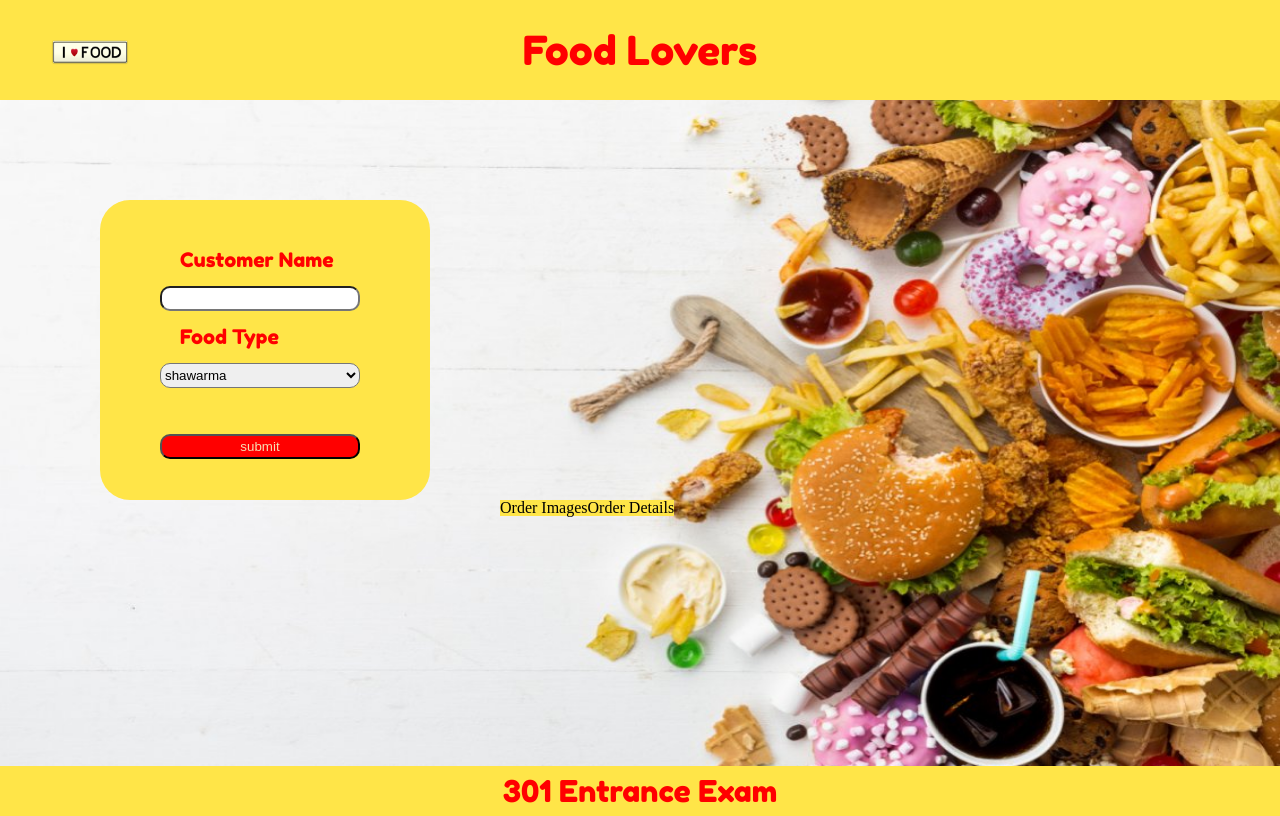
Repository: Razan-am/foodLovers
Page: index.html
The author's editor kept a copy of each file at every save. The page is drawn from the files as they stood at one save, then again after a run of saves.
The browser window is 1280 px wide. The pictures show the whole page.

Above is the page before, as saved 2021-06-01 11:21:16.

### index.html
<!DOCTYPE html>
<html lang="en">

<head>
    <meta charset="UTF-8">
    <meta http-equiv="X-UA-Compatible" content="IE=edge">
    <meta name="viewport" content="width=device-width, initial-scale=1.0">
    <title>Food Lovers</title>
    <link rel="preconnect" href="https://fonts.gstatic.com">
    <link href="https://fonts.googleapis.com/css2?family=Fredoka+One&display=swap" rel="stylesheet">
    <link rel="stylesheet" href="css/reset.css">
    <link rel="stylesheet" href="css/style.css">
</head>

<body>
    <header>
        <h1>Food Lovers</h1>
        <img src="images/css images/logo.png" alt="logo">
    </header>
    <main>
        <form action="" id="myForm">
            <fieldset>
                <label for="name">Customer Name</label>
                <br/><br/>
                <input type="text" id="name" name="name">
                <br/><br/>
                <label for="food">Food Type</label>
                <br/><br/>
                <select name="food" id="food">
                    <option value="shawarma">shawarma</option>
                    <option value="pizza">pizza</option>
                    <option value="burger">burger</option>
                </select>
                <br/><br/>
                <input type="submit" value="submit">
            </fieldset>
        </form>
        <table id="myTable">
            <tr>
                <th>Order Images</th>
                <th>Order Details</th>
            </tr>
        </table>
        <img src="images/css images/background.jpg" alt="backGround">
    </main>
    <footer>
        <p>301 Entrance Exam </p>
    </footer>
    <script src="js/app.js"></script>
</body>

</html>

### css/style.css
*{
    box-sizing: border-box;
}
header{
    background-color: rgba(255, 229, 72, 255);
    height: 100px;
}
h1{
    font-family: 'Fredoka One', cursive;
    color: red;
    text-align: center;
    font-size: 40px;
    font-weight: lighter;
    padding-top: 30px;
}

header img{
    top: 2px;
    left: 30px;
    position: absolute;
    width: 120px;
    height: 100px;
}
main img{
    top: 50px;
    position: absolute;
    z-index: -1;
    width: 100%;
    height: 100%;
}
form{
    display: inline-block;
    background-color:  rgba(255, 229, 72, 255);
    margin-top: 100px;
    margin-left: 100px;
    width: 330px;
    height: 300px;
    border-radius: 30px;
}
form label{
    top: 50px;
    position: relative;
    padding-left: 80px;
    font-size: 20px;
    color: red;
    font-family: 'Fredoka One', cursive;
}
form input{
    top: 50px;
    position: relative;
    margin-left: 60px;
    width: 200px;
    height: 25px;
    border-radius: 10px;
}
form select{
    top: 50px;
    position: relative;
    margin-left: 60px;
    width: 200px;
    height: 25px;
    border-radius: 10px;
    margin-bottom: 30px;
}
form input:last-of-type{
    background-color: red;
    color: wheat;
}
table{
    background-color: rgba(255, 229, 72, 255) ;
    margin-left: 500px;
}

table img{
    width: 50px;
    height: 50px;
}
table p{
    color: black;
    font-family: 'Fredoka One', cursive;
}
footer{
    background-color: rgba(255, 229, 72, 255);
    margin-top: 250px;
    height: 50px;
}
footer p{
    text-align: center;
    color: red;
    font-size: 30px;
    padding-top: 10px;
    font-family: 'Fredoka One', cursive;
}

### js/app.js
'use strict';

let myForm = document.getElementById('myForm');
let myTable = document.getElementById('myTable');


let mainArr = [];
function Foods(userName,foodType){
    this.userName=userName;
    this.foodType=foodType;
    this.img=`images/${foodType}.jpg`
    mainArr.push(this);
}
console.log(mainArr);

myForm.addEventListener('submit',handleEvent);
function handleEvent(event){
    event.preventDefault();

    let userName = event.target.name.value;
    let foodType = event.target.food.value;
    console.log(foodType);
    new Foods(userName,foodType);
    setting();
    render();
}

function randomNumber(min,max){
    min = Math.ceil(min);
    max = Math.floor(max);
    return Math.floor(Math.random() * (max - min) + min)
}

function render(){
    let tBody = document.createElement('tr');
    myTable.appendChild(tBody);

    for (let index = 0; index < mainArr.length; index++) {
        tBody.textContent='';

        let td1 = document.createElement('td');
        tBody.appendChild(td1);

        let imgEl = document.createElement('img');
        td1.appendChild(imgEl);
        imgEl.setAttribute('src', mainArr[index].img);

        let td2 = document.createElement('td');
        tBody.appendChild(td2);

        let pEl1 = document.createElement('p');
        td2.appendChild(pEl1);
        pEl1.textContent=`Customer Name:${mainArr[index].userName}`;
        let pEl2 = document.createElement('p');
        td2.appendChild(pEl2);
        pEl2.textContent=`Food Type:${mainArr[index].foodType}`;
        let pEl3 = document.createElement('p');
        td2.appendChild(pEl3);
        pEl3.textContent=`Food Price:${randomNumber(1,100)}`;


    }
}

function setting(){
    let data = JSON.stringify(mainArr);
    localStorage.setItem('information',data);
}

function getting(){
    let stringObj = localStorage.getItem('information');
    let normalObj = JSON.parse(stringObj);

    if(normalObj !== null){
        mainArr = normalObj;
    }
    render();
}
getting();

Loaded but not shown: css/reset.css (common file)

After the next 2 saves:
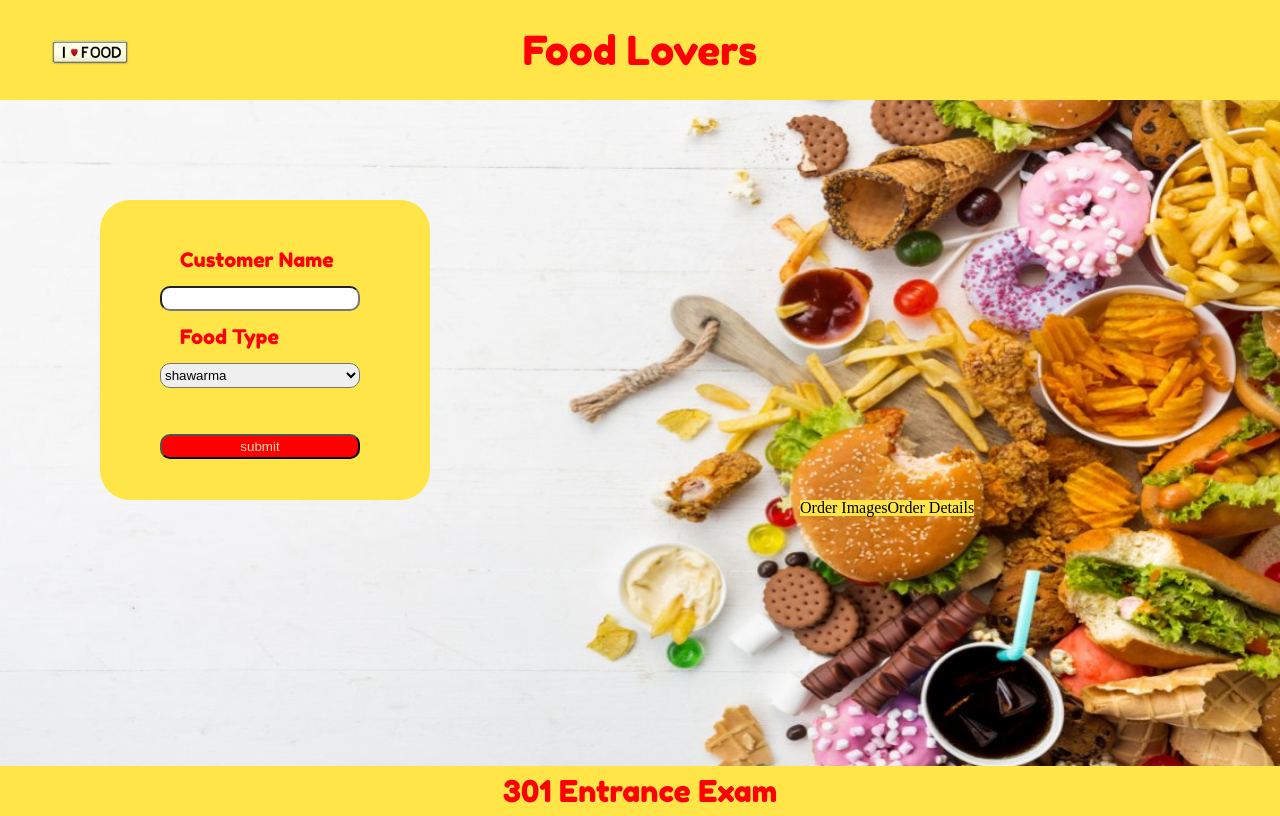
The 2 saves are shown as one change because they came seconds apart.
The last was saved 9 s later.
--- a/css/style.css
+++ b/css/style.css
@@ -68,7 +68,7 @@ form input:last-of-type{
 }
 table{
     background-color: rgba(255, 229, 72, 255) ;
-    margin-left: 500px;
+    margin-left: 800px;
 }
 
 table img{
